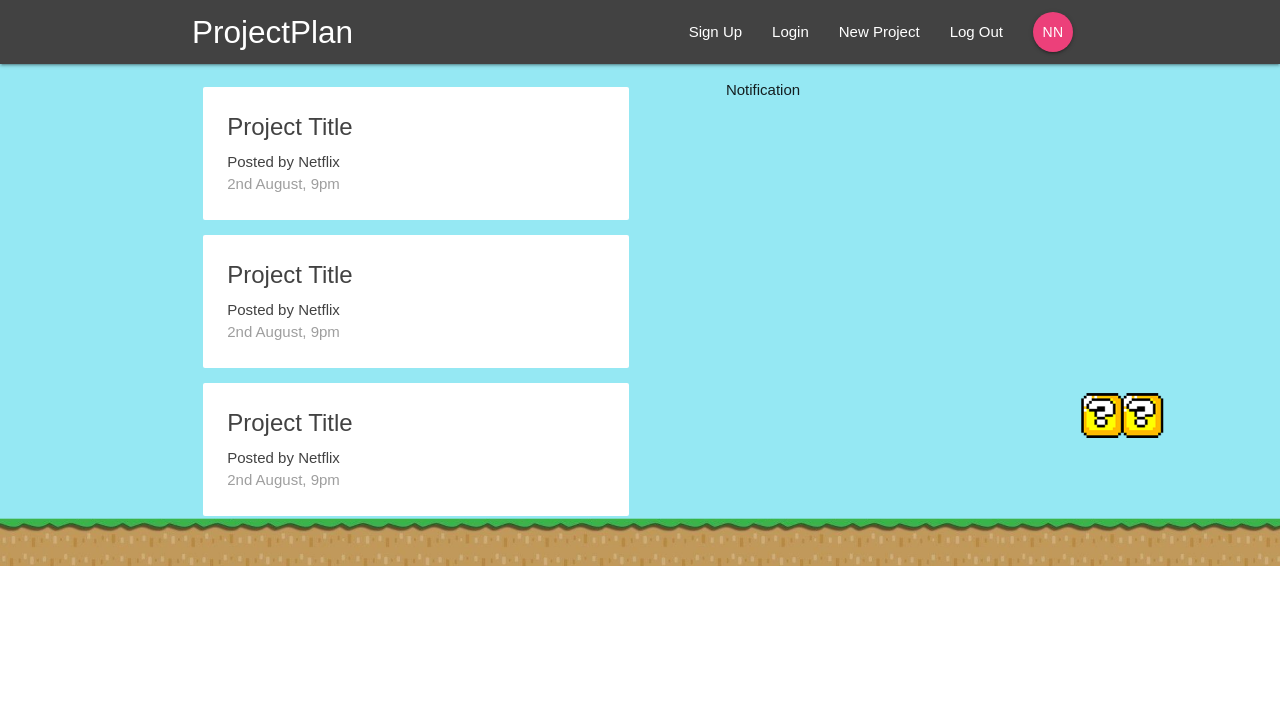
Repository: Ranjan08385/React-Firebase-Project
Page: /
These files come from the project's save history. The page is drawn as it stood at one moment and after the next save; the edit follows.
The browser window is 1280 px wide. The pictures show the whole page.
The project was rebuilt for these pictures with package versions that can differ from the ones it lists, and the page was loaded fresh each time. Also part of the build but not shown: src/Components/projects/ProjectDetails.js, src/Components/auth/SignIn.js, src/Components/auth/SignUp.js, src/Components/projects/CreateProject.js.

Above is the page before, as saved 2019-10-10 13:03:20.

After the next save:
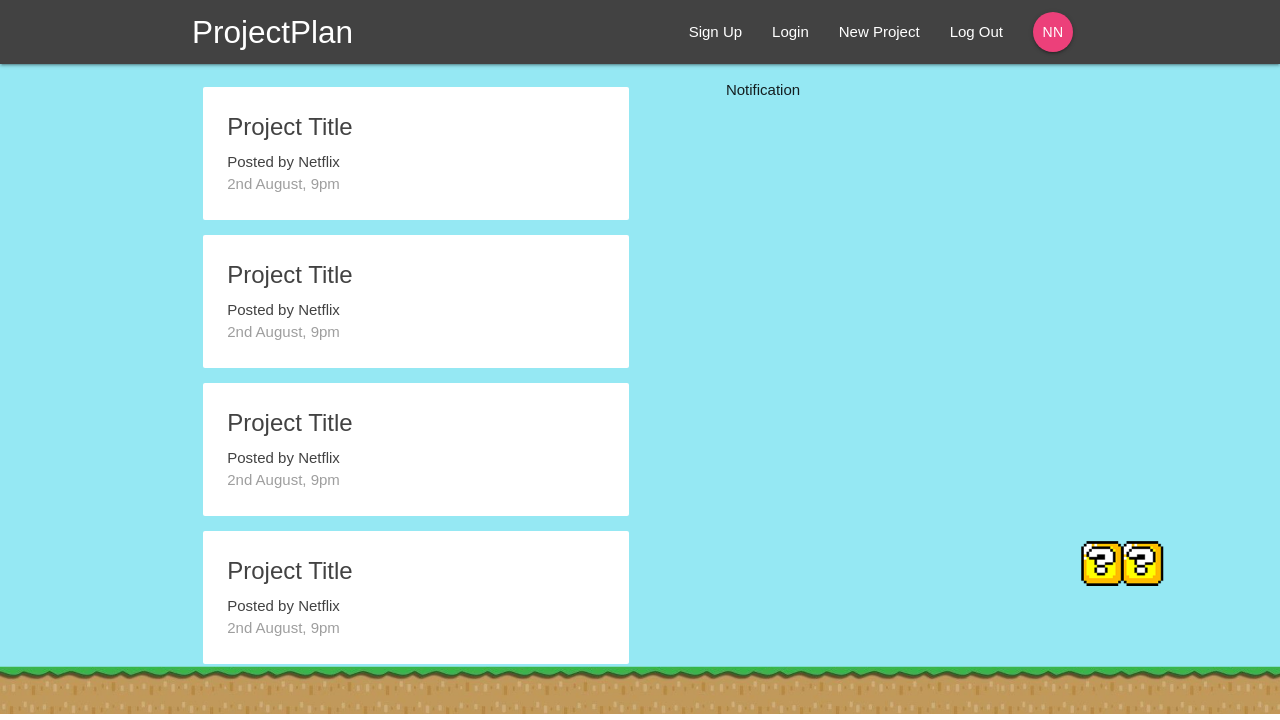
Saved 44 s later.
--- a/src/Components/projects/ProjectList.js
+++ b/src/Components/projects/ProjectList.js
@@ -7,6 +7,7 @@
       <ProjectSummary />
       <ProjectSummary />
       <ProjectSummary />
+      <ProjectSummary />
     </div>
   );
 };
